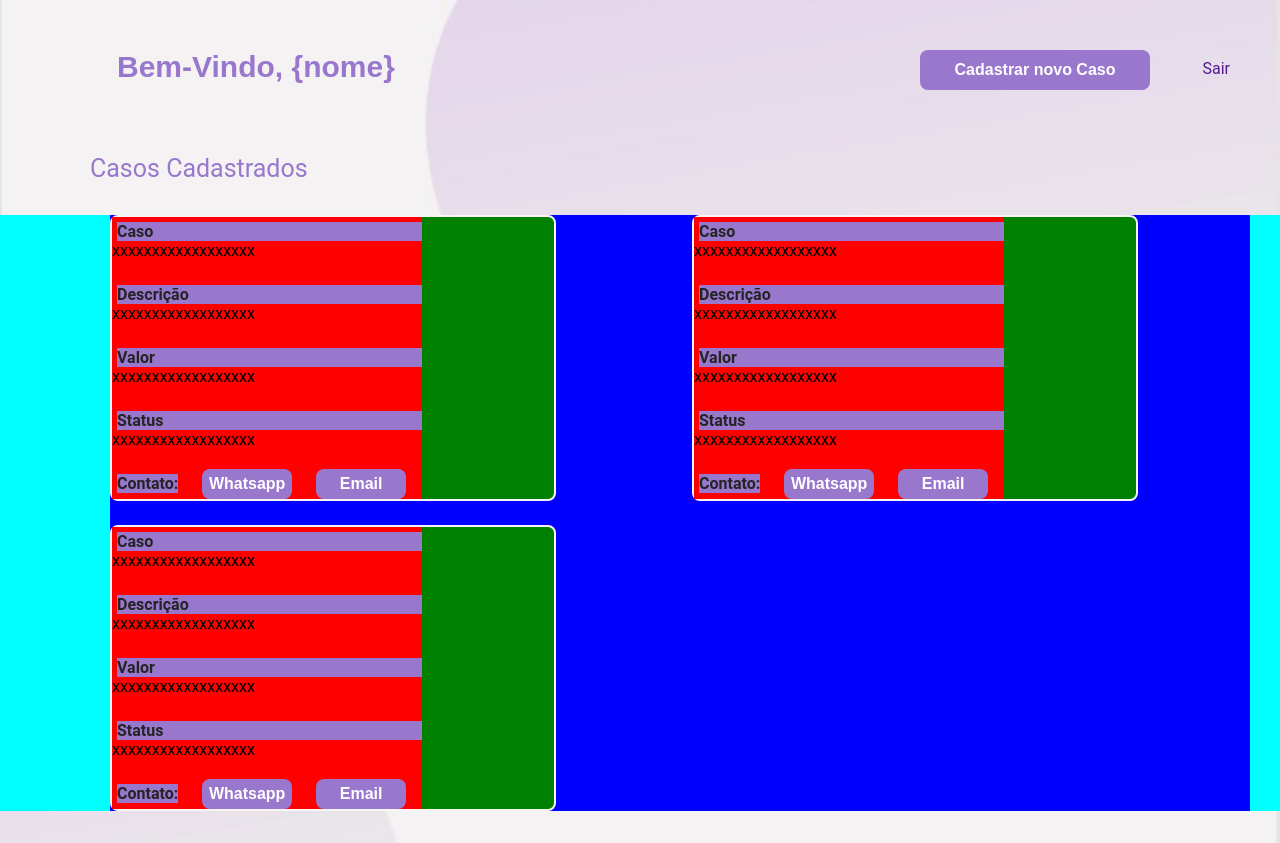
Repository: Dirlandia404/Casos
Page: src/pages/listaCasos.html
These files come from the project's save history. The page is drawn as it stood at one moment and after the next save; the edit follows.
The browser window is 1280 px wide. The pictures show the whole page.

Above is the page before, as saved 2021-07-16 22:50:11.

After the next save:
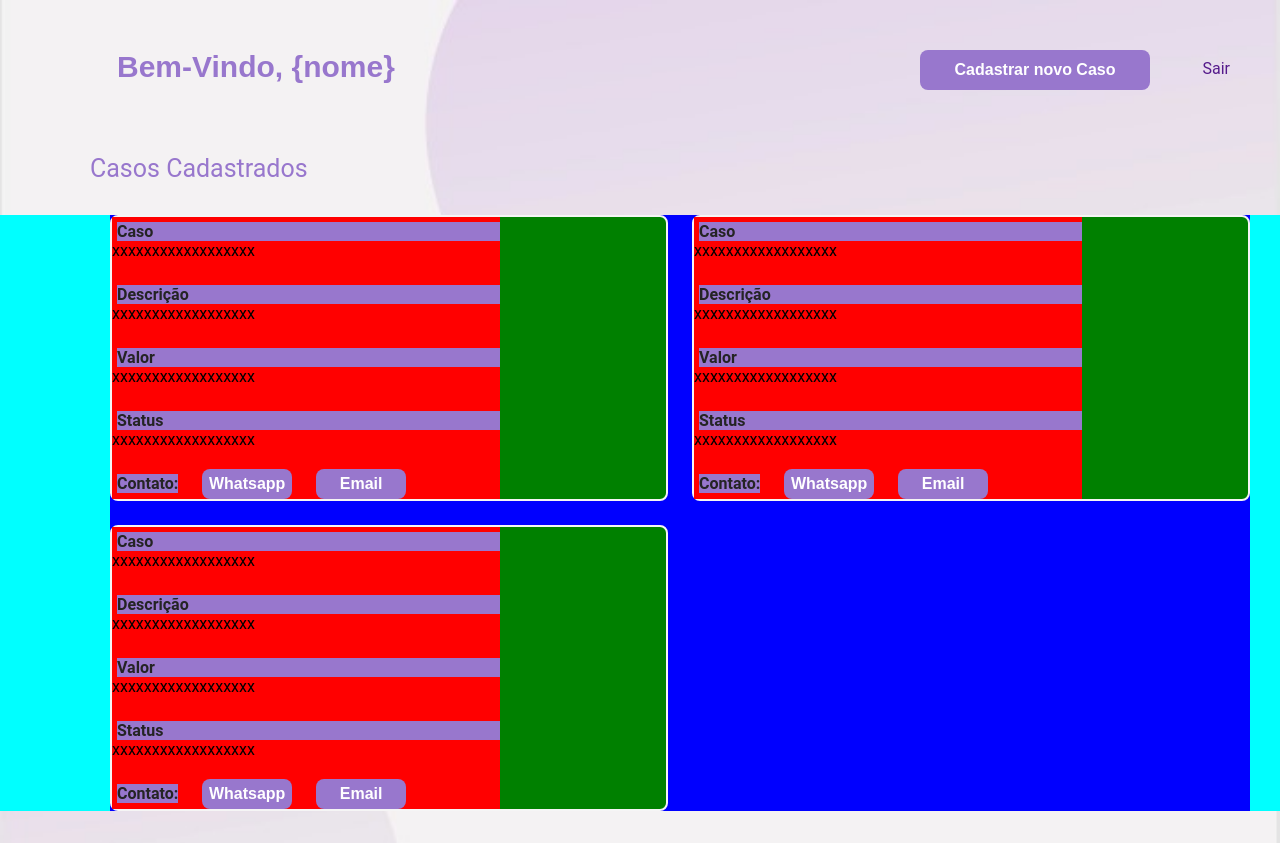
Saved 14 s later.
--- a/src/style/listaCasos.css
+++ b/src/style/listaCasos.css
@@ -71,9 +71,9 @@ header a button{
     border: 2px solid  #f5f5f5;
     border-radius: 8px;
     height: 100%;
-    width: 80%;
+    width:100%;
     font-size: 16px;
-    margin-right: 20px;
+
 }
 
 #box-casos ul li strong{
